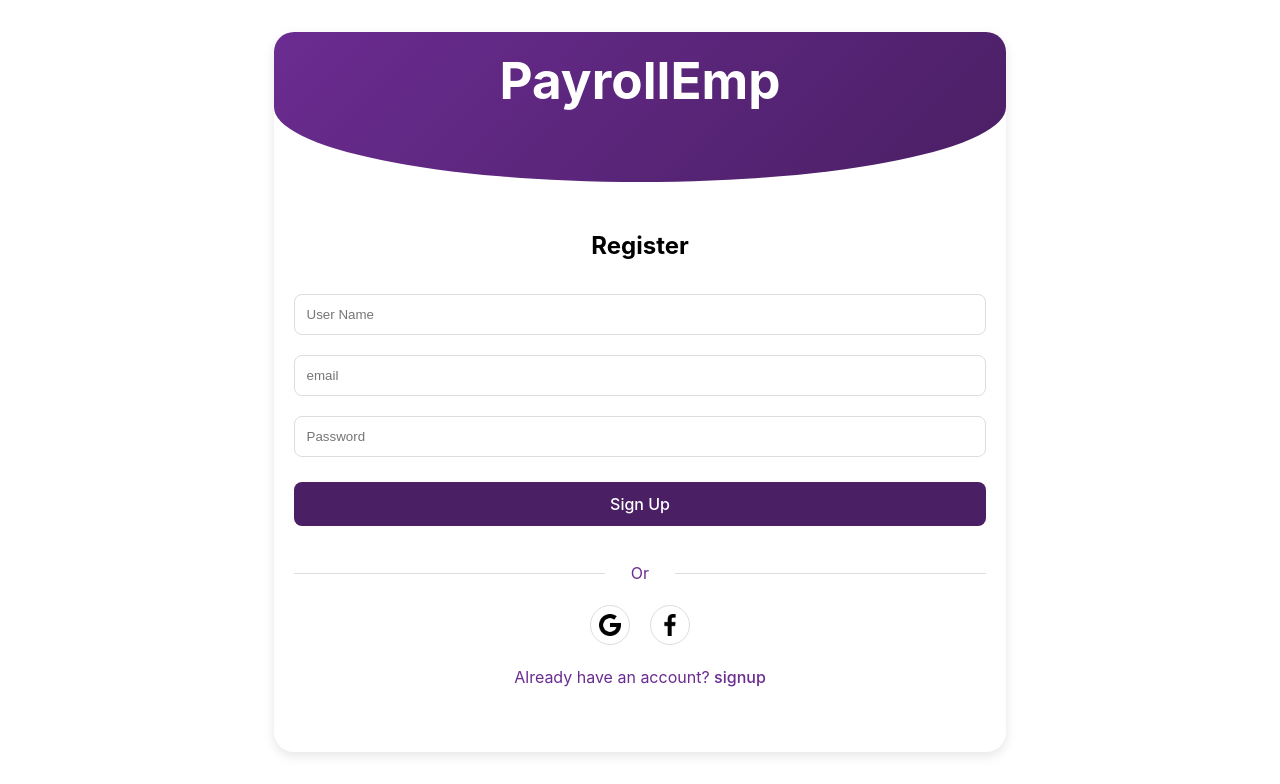
Repository: nino-pixel/payrolllatest
Page: /signup (app in web_vue/)
An editor plug-in stored every save of this project. The page is shown before and after the next save, followed by the edit.
The browser window is 1280 px wide. The pictures show the whole page.
The project was rebuilt for these pictures with package versions that can differ from the ones it lists, and the page was loaded fresh each time. Also part of the build but not shown: web_vue/vite.config.js, web_vue/src/components/login_page.vue.

Above is the page before, as saved 2024-12-18 19:40:10.

### web_vue/src/App.vue

<template>
 <router-view></router-view>

</template>

<script>
import login_page from './components/login_page.vue'
 // Import the component

export default {
  name: 'App',
  components: {
    login_page,
  }
}
</script>
<style scoped>
.logo {
  height: 6em;
  padding: 1.5em;
  will-change: filter;
  transition: filter 300ms;
}
.logo:hover {
  filter: drop-shadow(0 0 2em #646cffaa);
}
.logo.vue:hover {
  filter: drop-shadow(0 0 2em #42b883aa);
}
</style>

### web_vue/src/router/index.js
import { createRouter, createWebHistory } from 'vue-router'
import LoginPage from '../components/login_page.vue'
import SignupPage from '../components/sign_up.vue'


const routes = [
  {
    path: '/',
    name: 'Login',
    component: LoginPage
  },
  {
    path: '/signup',
    name: 'Signup',
    component: SignupPage
  }
  // Add other routes here as needed
]

const router = createRouter({
  history: createWebHistory(),
  routes
})

export default router

### web_vue/src/components/sign_up.vue
<template>
  <div class="signup-container">
    <div class="wave-bg"></div>
    <h1>PayrollEmp</h1>

    <div class="signup-form">
      <h2>Register</h2>
      <input
        type="text"
        v-model="username"
        placeholder="User Name"
      >
      <input
        type="text"
        v-model="email"
        placeholder="email"
      >
      <input
        type="password"
        v-model="password"
        placeholder="Password"
      >
      <button
        class="sign-up"
        @click="handlesignup"
      >
        Sign Up
      </button>

      <div class="divider">
        <span>Or</span>
      </div>

      <div class="social-signup">
        <button class="google" @click="handleGooglesignup">
          <img src="../assets/google-icon.png" alt="Google">
        </button>
        <button class="facebook" @click="handleFacebooksignup">
          <img src="../assets/facebook-icon.png" alt="Facebook">

        </button>
      </div>

      <p class="signup-link">
    Already have an account?
    <router-link :to="{path: '/'}">signup</router-link>
  </p>
    </div>
  </div>
</template>

<script>
export default {
  name: 'signupPage',
  data() {
    return {
      username: '',
      password: ''
    }
  },
  methods: {
    handlesignup() {
      // Implement signup logic here
      console.log('signup attempt with:', {
        username: this.username,
        password: this.password
      })
    },
    handleGooglesignup() {
      // Implement Google signup logic
      console.log('Google signup clicked')
    },
    handleFacebooksignup() {
      // Implement Facebook signup logic
      console.log('Facebook signup clicked')
    },
    goToSignup() {
      // Implement navigation to signup page
      console.log('Navigate to signup')
      // this.$router.push('/signup')
    }
  }
}
</script>

<style scoped>
h2{
  color: black;
}
/* Your existing CSS remains the same */
body {
    margin: 0;
    font-family: Arial, sans-serif;
    background: #f5f5f5;
}

.signup-container {
  width: 100%;
    position: relative;
    min-height: 100vh;  /* Changed from max-width to min-height */
    background: white;
    border-radius: 20px;
    box-shadow: 0 4px 12px rgba(0,0,0,0.1);
    display: flex;      /* Added for better centering */
    flex-direction: column;
    align-items: center;
}

.wave-bg {
    position: absolute;
    top: 0;
    left: 0;
    right: 0;
    height: 150px;
    background: linear-gradient(135deg, #6b2c91, #4a1f64);
    border-radius: 20px 20px 50% 50%;
}

h1 {
    color: white;
    position: relative;
    margin: 20px;
}

.signup-form {
    padding: 20px;
    margin-top: 60px;
}

input {
    width: 100%;
    padding: 12px;
    margin: 10px 0;
    border: 1px solid #ddd;
    border-radius: 8px;
    box-sizing: border-box;
}

.sign-up {
    width: 100%;
    padding: 12px;
    background: #4a1f64;
    color: white;
    border: none;
    border-radius: 8px;
    margin: 15px 0;
    cursor: pointer;
}

.divider {
    text-align: center;
    margin: 20px 0;
    position: relative;

    color: #6b2c91;
}

.divider::before,
.divider::after {
    content: "";
    position: absolute;
    top: 50%;
    width: 45%;
    height: 1px;
    background: #ddd;

    color: #6b2c91;
}

.divider::before { left: 0; }
.divider::after { right: 0; }

.social-signup {
    display: flex;
    justify-content: center;
    gap: 20px;
}

.social-signup button {
    width: 40px;
    height: 40px;
    border-radius: 50%;
    border: 1px solid #ddd;
    background: white;
    cursor: pointer;
    padding: 8px;
}

.social-signup img {
    width: 100%;
    height: 100%;
    object-fit: contain;
}

.signup-link {
    text-align: center;
    margin-top: 20px;
    color: #6b2c91;

}

.signup-link a {
    color: #6b2c91;
    text-decoration: none;
}
</style>

Loaded but not shown: web_vue/src/main.js (common file); web_vue/src/style.css (common file)

After the next save:
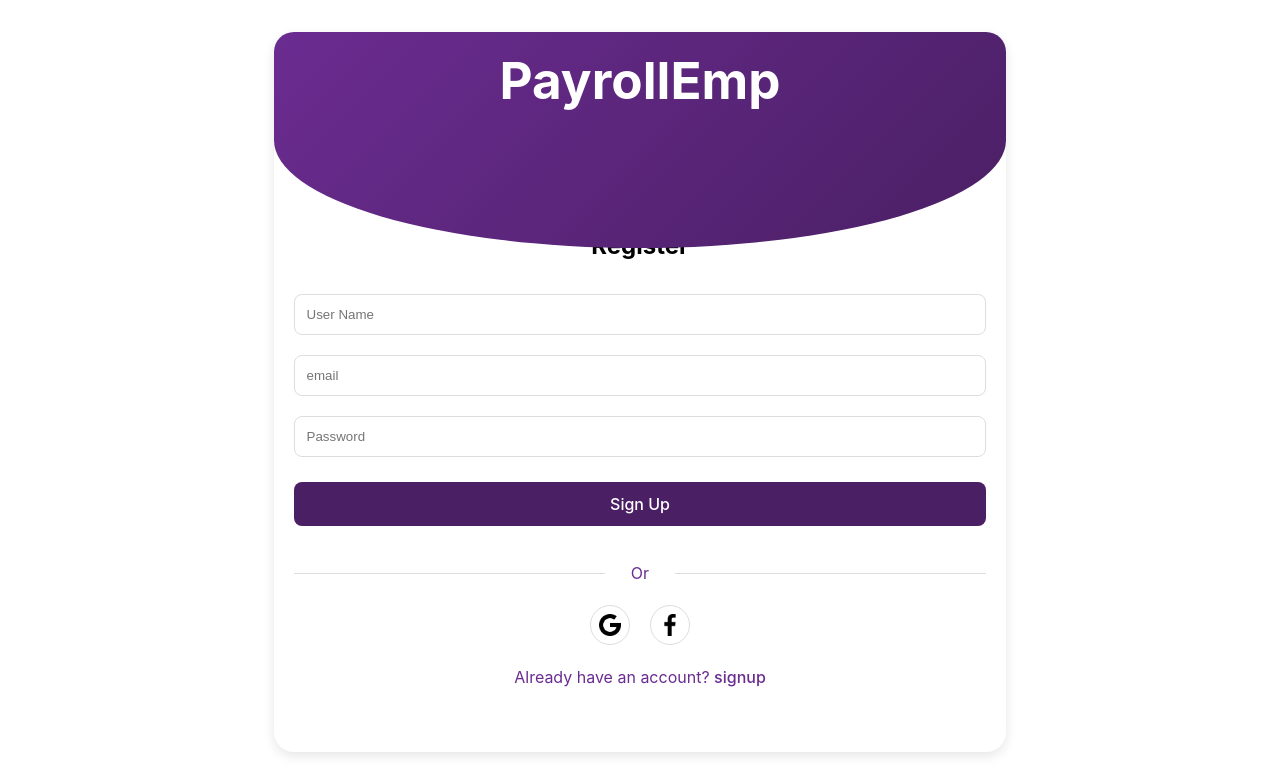
Saved 30 s later.
--- a/web_vue/src/components/sign_up.vue
+++ b/web_vue/src/components/sign_up.vue
@@ -111,7 +111,7 @@ body {
     top: 0;
     left: 0;
     right: 0;
-    height: 150px;
+    height: 30vh;       /* Changed to viewport height */
     background: linear-gradient(135deg, #6b2c91, #4a1f64);
     border-radius: 20px 20px 50% 50%;
 }
